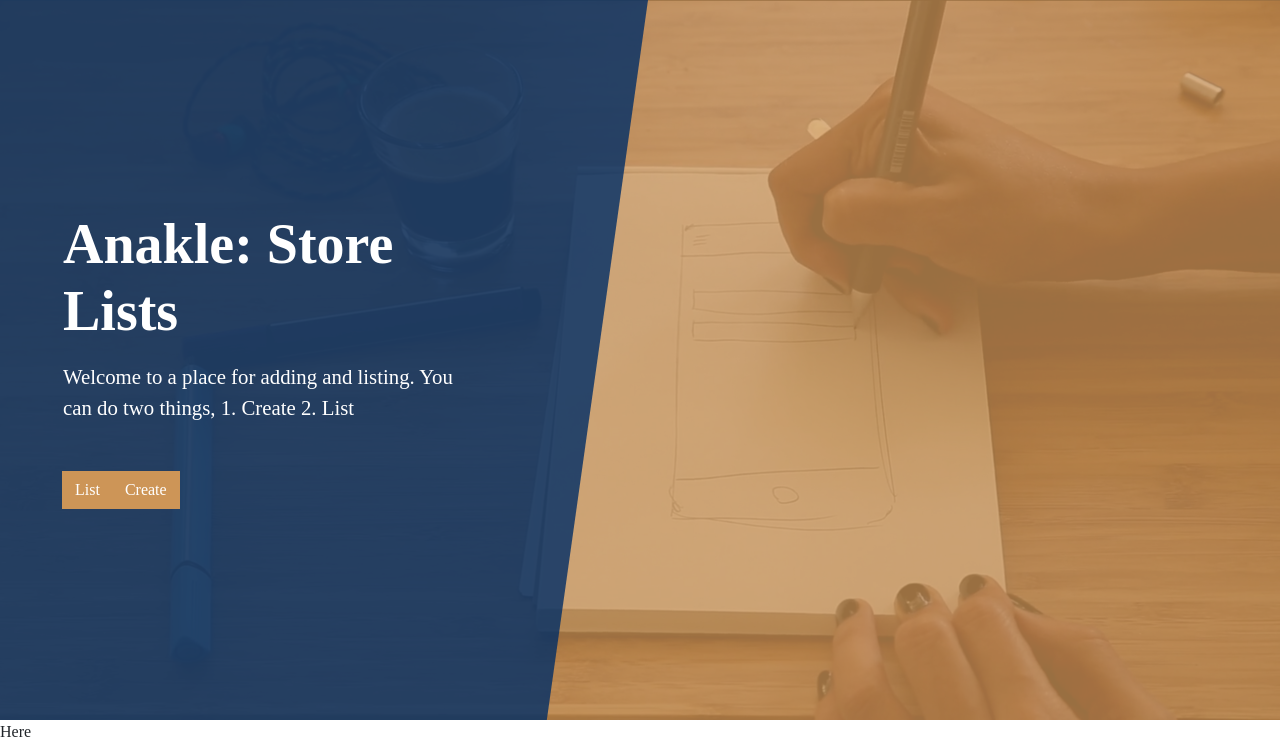
Repository: Guruscode/mega-list
Page: http://localhost/list.php
An editor plug-in stored every save of this project. The page is shown before and after the next save, followed by the edit.
The browser window is 1280 px wide. The pictures show the whole page.
Some web fonts or font styles are not loaded; a fallback is used. The page is run by PHP 8.4 with error messages shown; the project is at /var/www/html/.

Above is the page before, as saved 2018-02-22 21:18:42.
Console error: TypeError: Cannot read properties of undefined (reading 'fn')

After the next save:
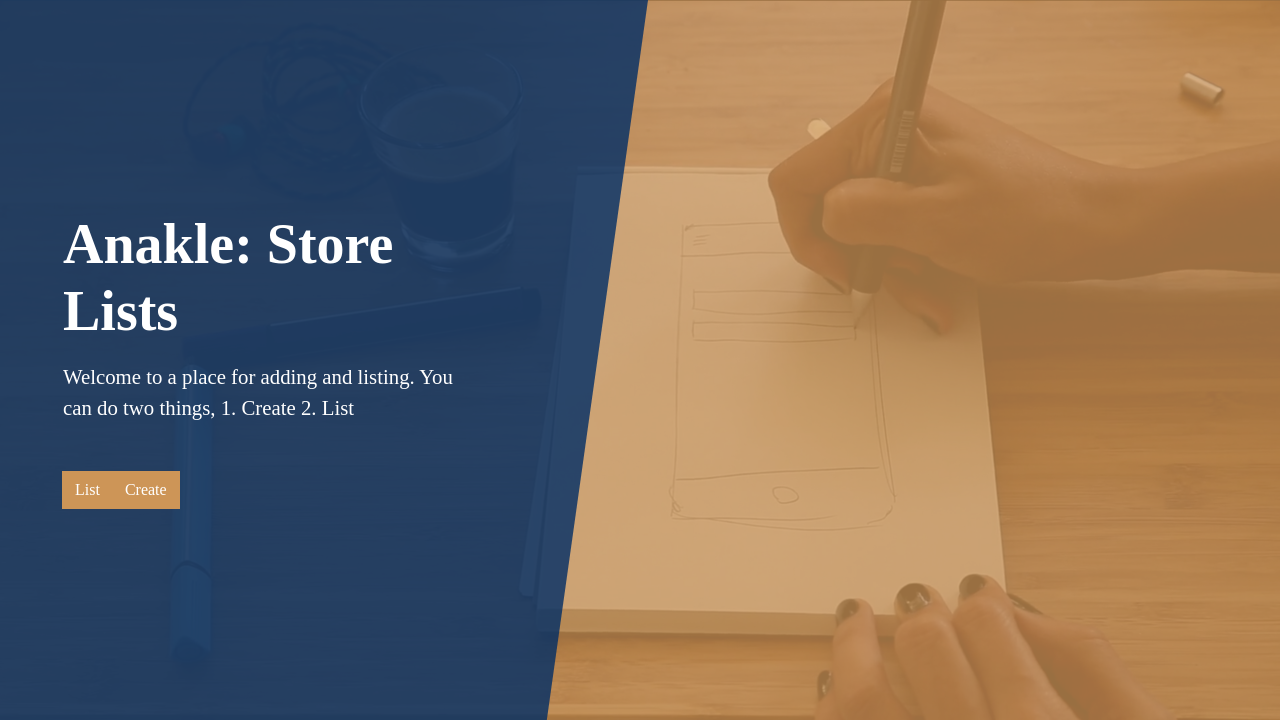
Saved 13 s later.
--- a/list.php
+++ b/list.php
@@ -42,7 +42,6 @@
         </div>
         </div>
 
-        <div>Here</div>
 
 <!-- login Register modal starts-->
 
